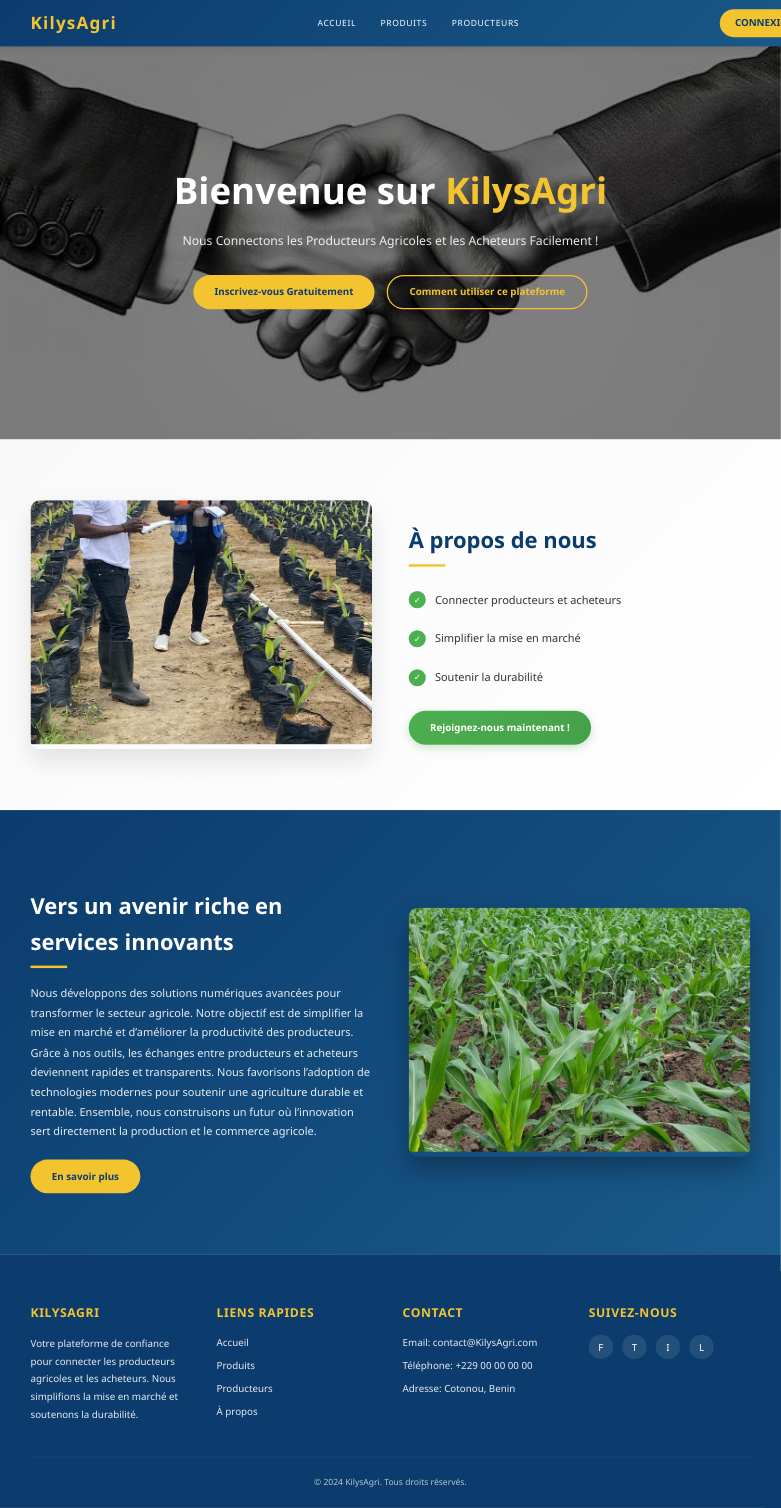
Repository: KILAYOSSI/projetdesoutenance
Page: templates/home/index.html.twig
An editor plug-in stored every save of this project. The page is shown before and after the next save, followed by the edit.
The browser window is 1280 px wide. The pictures show the whole page, at 61% of full size.
The page is a Twig template of a Symfony application; nobody is signed in and links lead nowhere. The template is opened directly, without the code that normally fills it, so the values that code supplies are empty.

Above is the page before, as saved 2026-02-25 16:18:20.

After the next save:
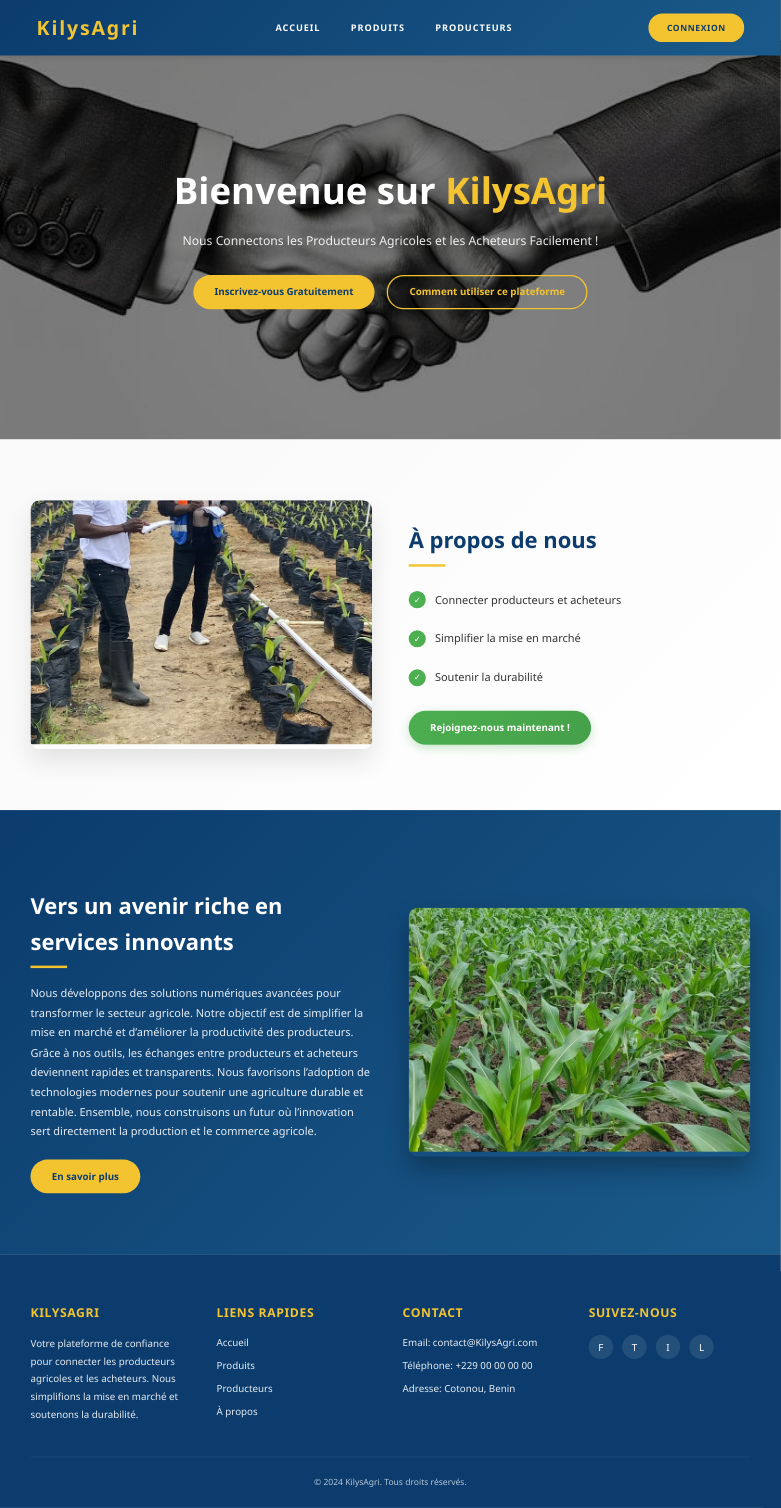
Saved 2 min 37 s later.
--- a/public/css/style.css
+++ b/public/css/style.css
@@ -11,56 +11,82 @@ body {
     justify-content: space-between;
     align-items: center;
     background: linear-gradient(135deg, #0b3c6d 0%, #1a5a8a 100%);
-    padding: 15px 50px;
+    padding: 20px 60px;
     position: fixed;
     width: 100%;
     top: 0;
     z-index: 1000;
     box-shadow: 0 2px 10px rgba(0,0,0,0.1);
+    box-sizing: border-box;
 }
 
 .navbar .logo {
     color: #f4c430;
-    font-size: 28px;
-    font-weight: bold;
-    letter-spacing: 2px;
+    font-size: 32px;
+    font-weight: 800;
+    letter-spacing: 3px;
+    flex-shrink: 0;
 }
 
 .navbar ul {
     list-style: none;
     display: flex;
-    gap: 40px;
+    gap: 50px;
     margin: 0;
     padding: 0;
+    justify-content: center;
+    flex-grow: 1;
 }
 
 .navbar ul li a {
     color: white;
     text-decoration: none;
-    font-weight: 500;
+    font-weight: 600;
+    font-size: 15px;
+    text-transform: uppercase;
+    letter-spacing: 1.5px;
+    transition: color 0.3s;
+    padding: 10px 0;
+    position: relative;
+}
+
+.navbar ul li a::after {
+    content: '';
+    position: absolute;
+    bottom: 0;
+    left: 0;
+    width: 0;
+    height: 2px;
+    background: #f4c430;
+    transition: width 0.3s;
+}
+
+.navbar ul li a:hover {
+    color: #f4c430;
+}
+
+.navbar ul li a:hover::after {
+    width: 100%;
+}
+
+.btn-login {
+    background: #f4c430;
+    color: #0b3c6d;
+    padding: 12px 30px;
+    text-decoration: none;
+    border-radius: 30px;
+    font-weight: 700;
     font-size: 14px;
     text-transform: uppercase;
     letter-spacing: 1px;
-    transition: color 0.3s;
-}
-
-.navbar ul li a:hover {
-    color: #f4c430;
-}
-
-.btn-login {
-    background: #f4c430;
-    color: #0b3c6d;
-    padding: 10px 25px;
-    text-decoration: none;
-    border-radius: 25px;
-    font-weight: bold;
-    transition: transform 0.3s, box-shadow 0.3s;
+    transition: all 0.3s;
+    flex-shrink: 0;
 }
 
 .btn-login:hover {
     transform: translateY(-2px);
-    box-shadow: 0 5px 15px rgba(244, 196, 48, 0.4);
+    box-shadow: 0 5px 20px rgba(244, 196, 48, 0.5);
+    background: #ffe066;
 }
 
 /* HERO */
